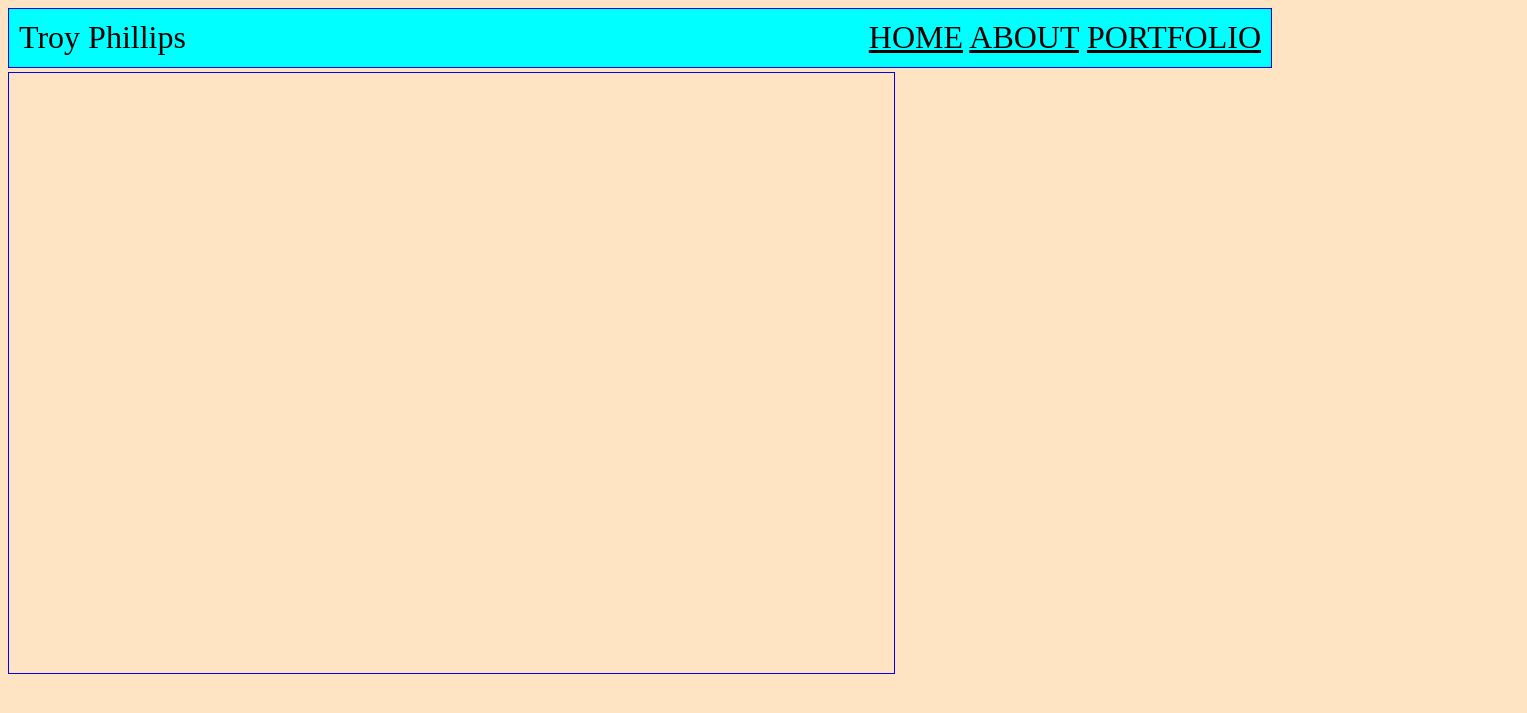
Repository: TheTroyPhillips/Personal-website
Page: portfolio.html
These files come from the project's save history. The page is drawn as it stood at one moment and after the next save; the edit follows.
The browser window is 1280 px wide. The page is 1280 px wide, then 1527 px, so the pictures cover 1527 px, including what lies to the right of the window. The pictures show the whole page.

Above is the page before, as saved 2023-09-10 22:31:35.

After the next save:
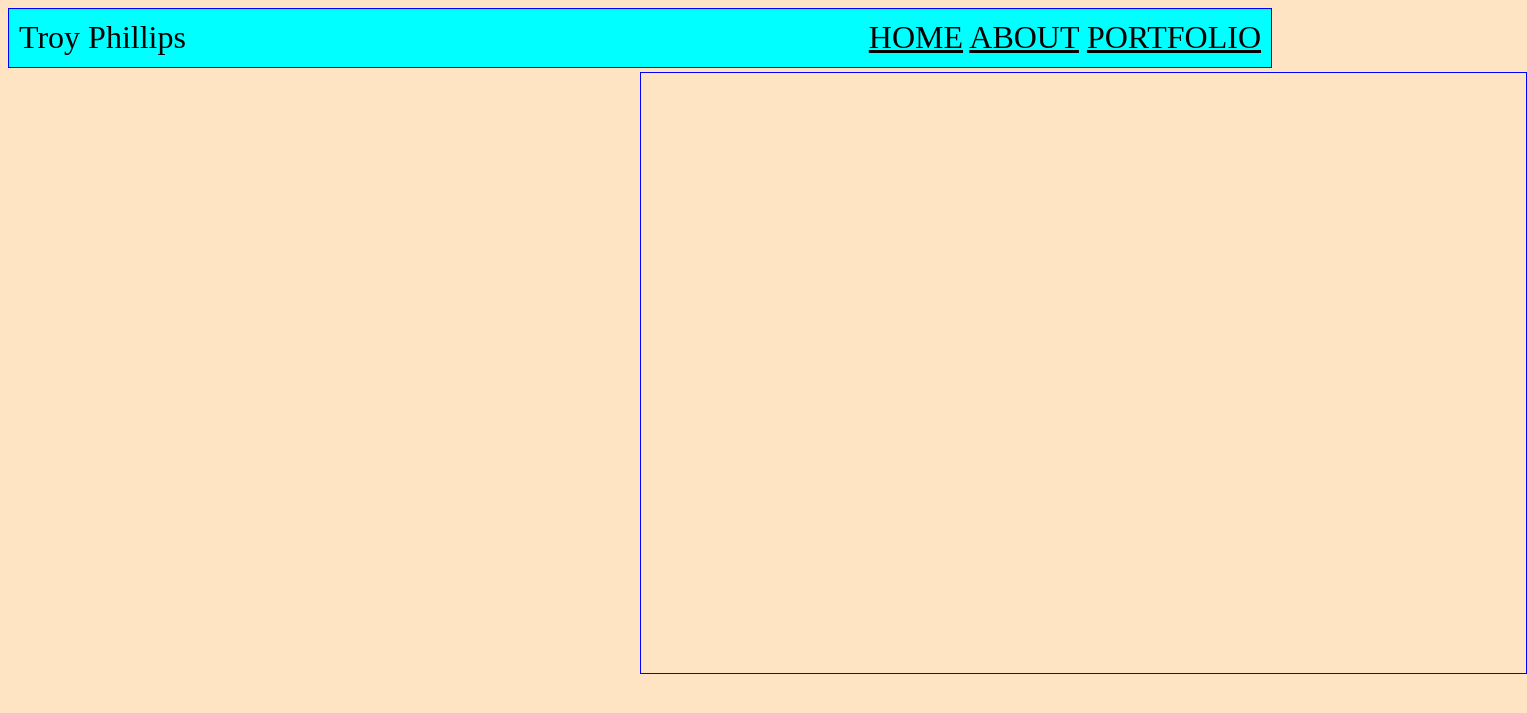
Saved 4 s later.
--- a/style.css
+++ b/style.css
@@ -51,5 +51,5 @@ h2{
     width: 70%;
     height: 600px;
     border: 1px solid blue;
-    margin-left: 50
+    margin-left: 50%
 }
